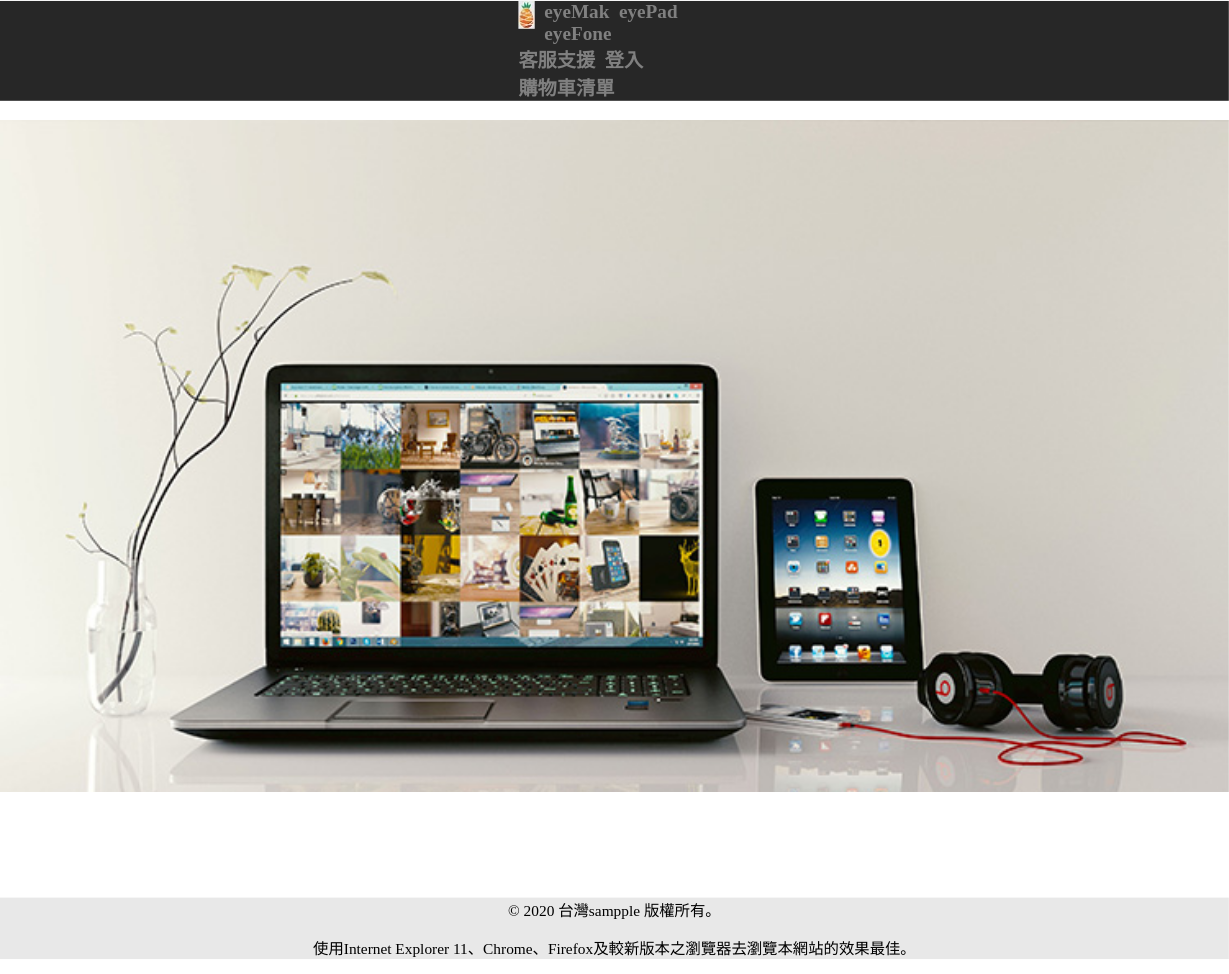
Repository: Vincent4142/NewFinalProject
Page: http://localhost/FinalProject/
The author's editor kept a copy of each file at every save. The page is drawn from the files as they stood at one save, then again after the next save.
The browser window is 1280 px wide. The pictures show the whole page, at 96% of full size.
The page is served by Tomcat 9.

Above is the page before, as saved 2020-04-09 06:33:59.

After the next save:
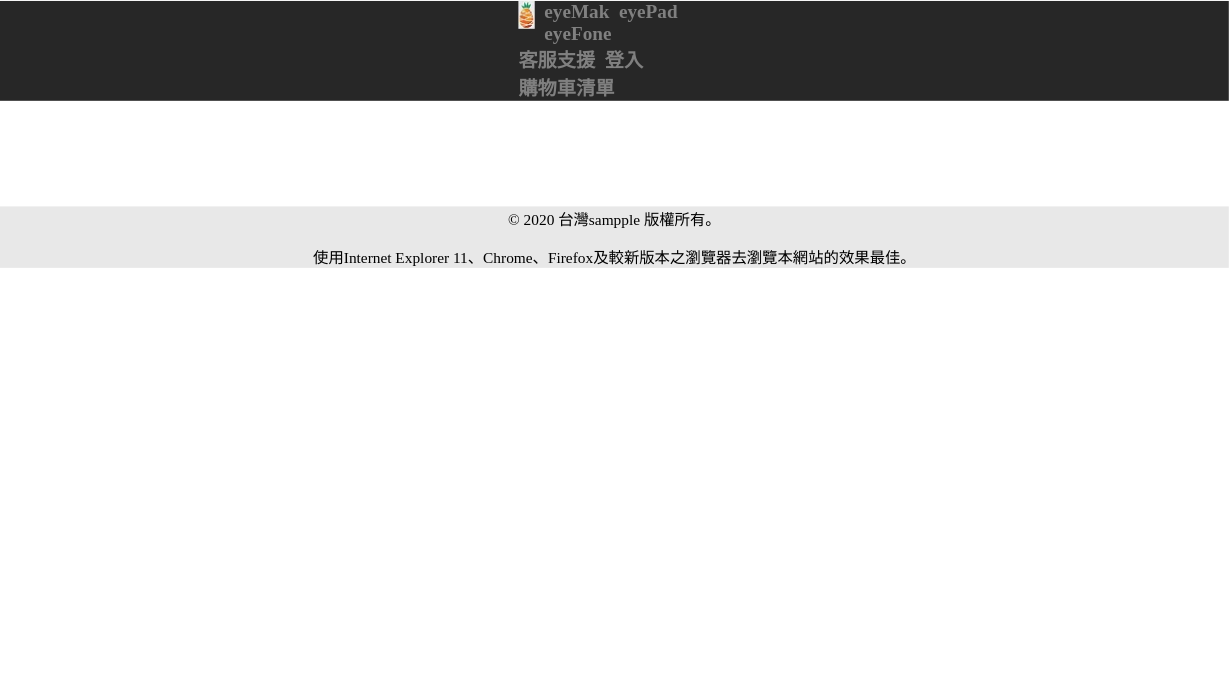
Saved 15 s later.
--- a/FinalProject/WebContent/index.jsp
+++ b/FinalProject/WebContent/index.jsp
@@ -16,7 +16,7 @@
 	background-image: url(img/indexbackground.jpg);
 	background-repeat: no-repeat;
 	background-size: cover;
-	height: 700px;
+
 }
 </style>
 </head>
